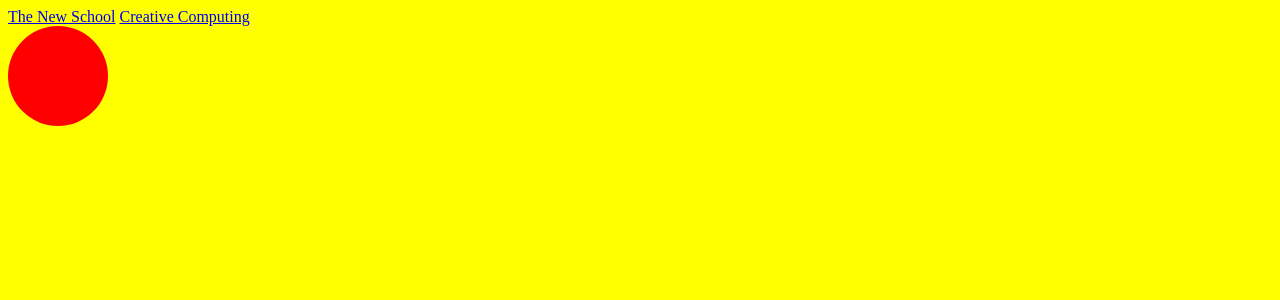
Repository: Djiun/djiun.github.io
Page: index.html
The author's editor kept a record of every edit. The page is drawn from the files as they stood at one moment, then again after the next edit.
The browser window is 1280 px wide. The pictures show the whole page.

Above is the page before.

After the next edit:
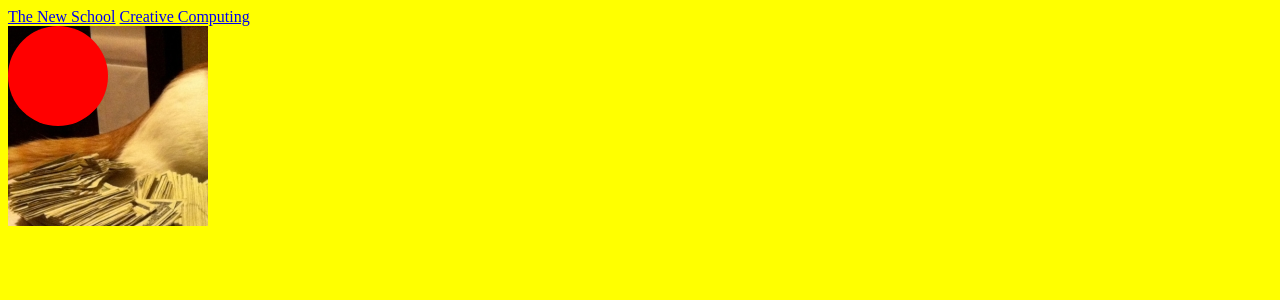
The edit:
--- a/column.css
+++ b/column.css
@@ -29,7 +29,7 @@
 .sprite {
         width: 200px;
         height: 200px;
-        background-images: url(sprite.jpeg);
+        background-image: url(cashcat.jpg);
         background-repeat: no-repeat;
         display: block;
         text-indent: 100%;
